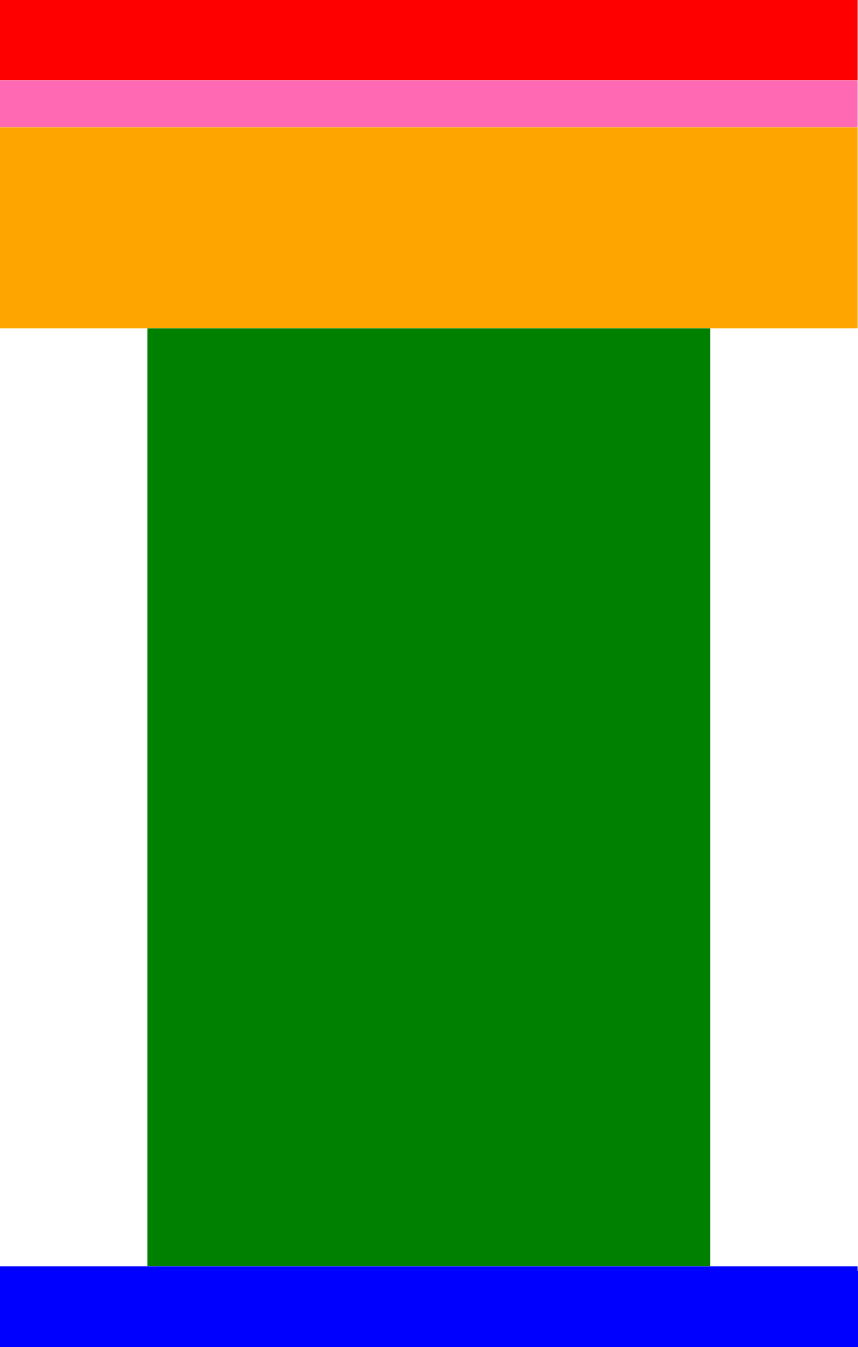
Repository: kawasemi70/1-3
Page: caravan/index.html
The author's editor kept a record of every edit. The page is drawn from the files as they stood at one moment, then again after the next edit.
The browser window is 1280 px wide. The pictures show the whole page, at 67% of full size.

Above is the page before.

After the next edit:
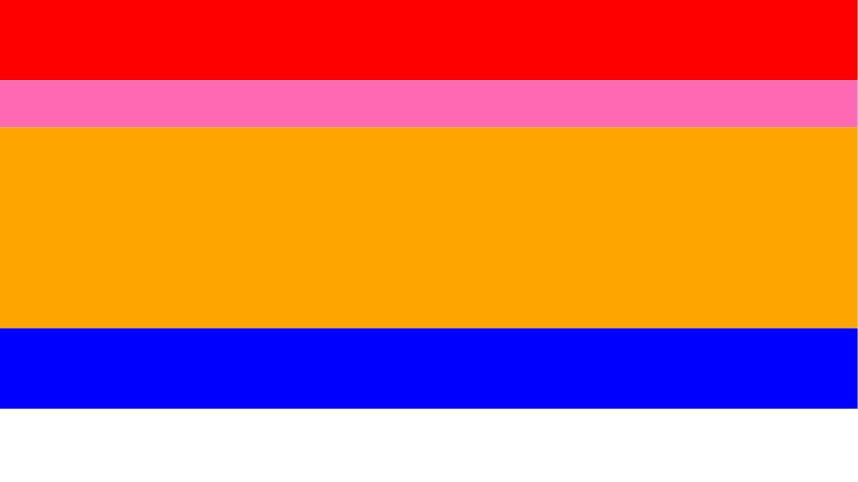
The edit:
--- a/caravan/style.css
+++ b/caravan/style.css
@@ -37,8 +37,6 @@
 
 .main {
   width: 840px;
-  height: 1400px;
-  background-color: green;
   display: flex;
   justify-content: center;
   margin: 0 auto;
